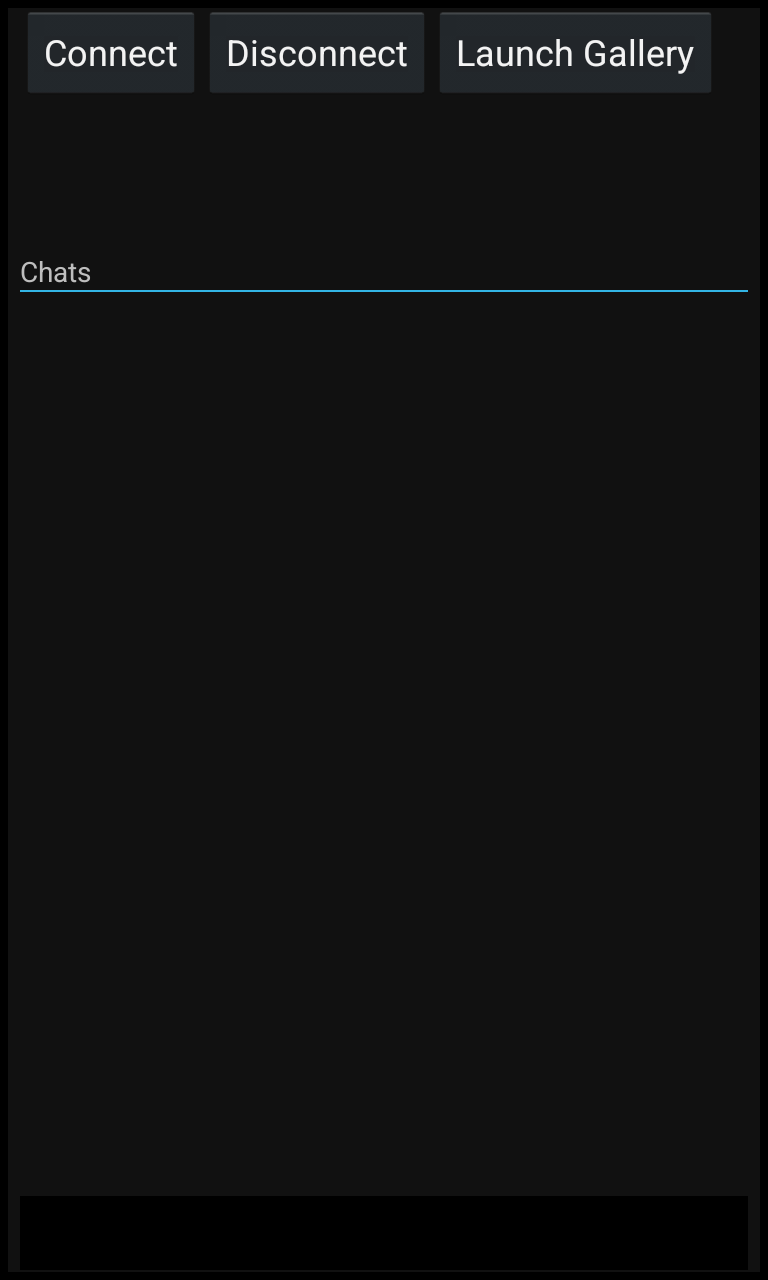
Repository: flyingbuffalo/AndroidTest
Layout: WiFiDirectDemo/res/layout/device_detail.xml
These files come from the project's save history. The layout is drawn as it stood at one moment and after the next save; the edit follows.
It is drawn on a 768 x 1280 px phone screen (xhdpi) without system bars, with theme android:Theme.Holo; the app's code is not run. Lists and similar views that code fills are empty.

Above is the layout before, as saved 2014-08-05 13:09:55.

After the next save:
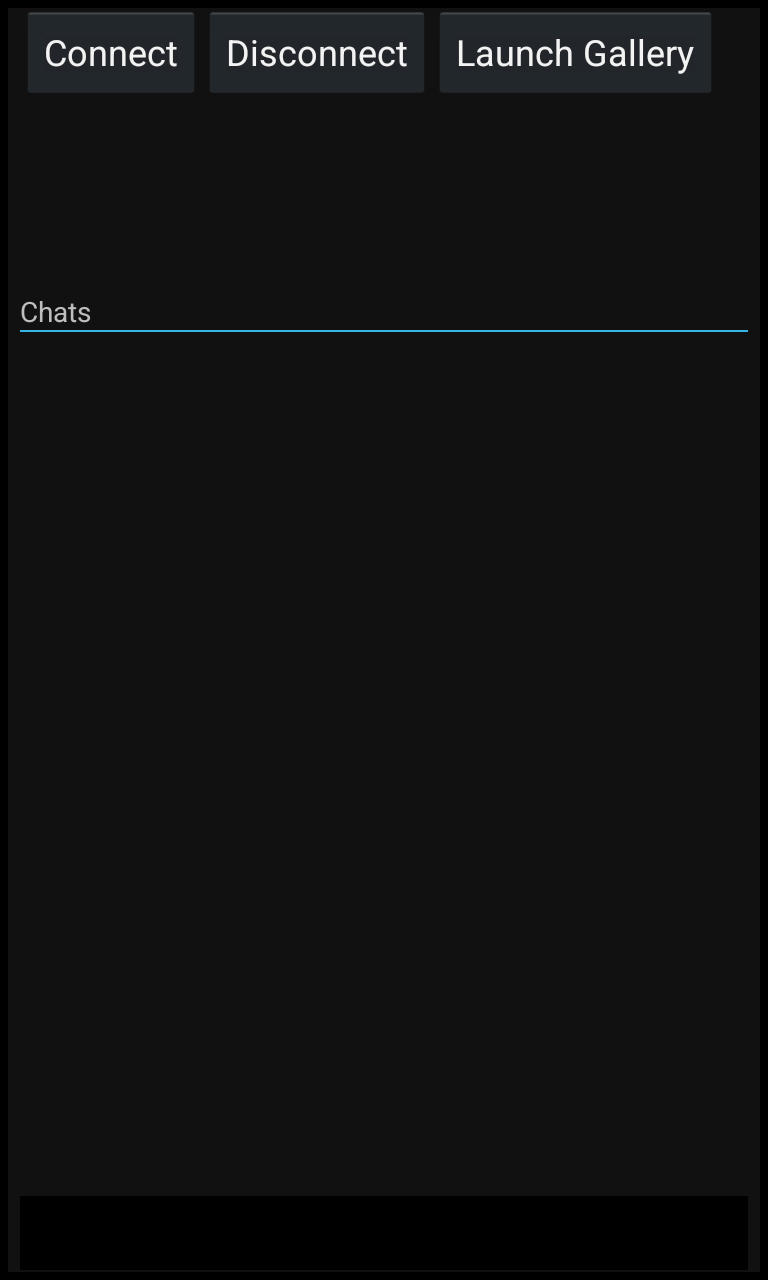
Saved 16 s later.
--- a/WiFiDirectDemo/res/layout/device_detail.xml
+++ b/WiFiDirectDemo/res/layout/device_detail.xml
@@ -54,7 +54,7 @@
             android:layout_height="wrap_content" />
 
         <TextView
-            android:marginTop="20dp"
+            android:layout_marginTop="20dp"
 	        android:layout_width="fill_parent"
 	        android:layout_height="wrap_content"
 	        android:gravity="center_vertical"
